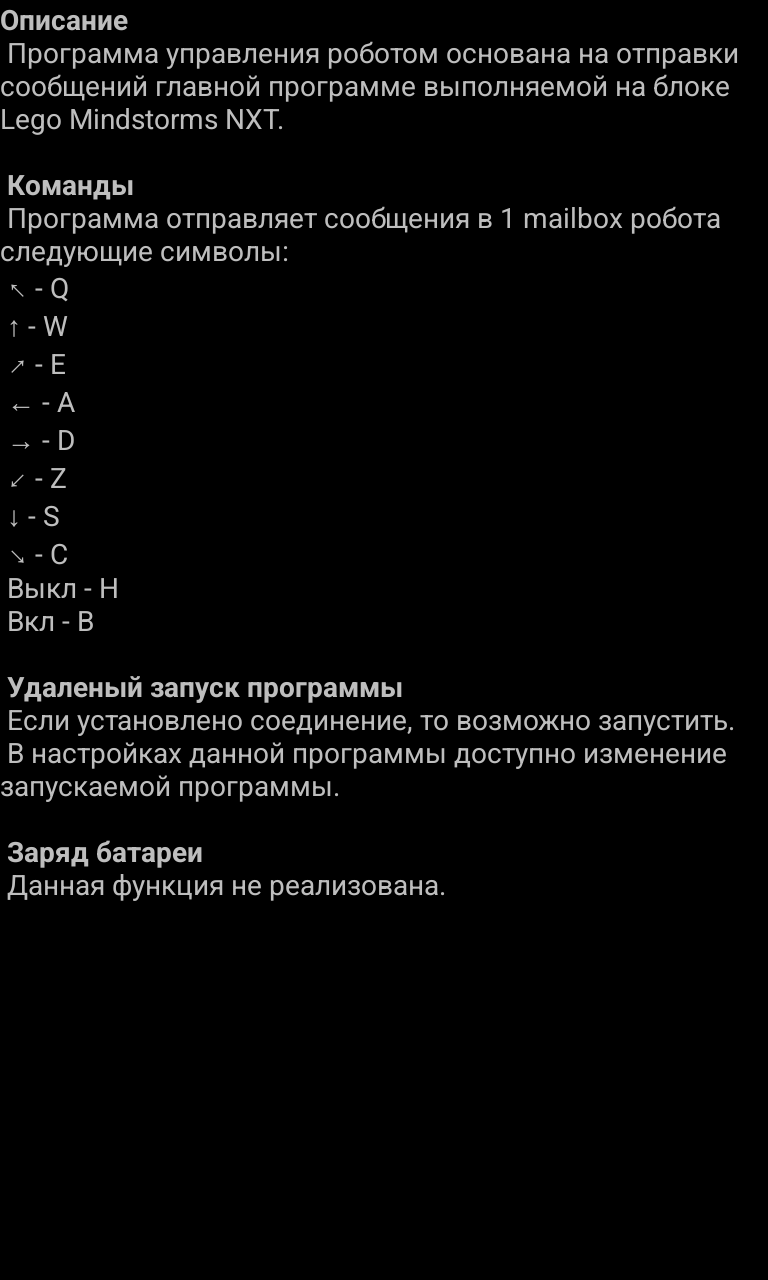
Repository: ssbayanov/panhandlerNXT
Layout: poproshaika/res/layout/help.xml
The author's editor kept a copy of each file at every save. The layout is drawn from the files as they stood at one save, then again after the next save.
It is drawn on a 768 x 1280 px phone screen (xhdpi) without system bars, with theme android:Theme; the app's code is not run.

Above is the layout before, as saved 2012-11-06 07:21:19.

### poproshaika/res/layout/help.xml
<?xml version="1.0" encoding="utf-8"?>
<LinearLayout xmlns:android="http://schemas.android.com/apk/res/android"
    android:layout_width="fill_parent"
    android:layout_height="fill_parent"
    android:orientation="vertical" >

    <ScrollView
        android:id="@+id/scrollView1"
        android:layout_width="fill_parent"
        android:layout_height="fill_parent" >


            <TextView
                android:id="@+id/help_content"
                android:layout_width="fill_parent"
                android:layout_height="wrap_content"
                android:gravity="top"
                android:text="@string/help_content" />



    </ScrollView>

</LinearLayout>

### poproshaika/res/values/strings.xml
<?xml version="1.0" encoding="utf-8"?>
<resources xmlns:xliff="urn:oasis:names:tc:xliff:document:1.2">

    <string name="app_name">Управление NXT</string>

    <!--  BluetoothChat -->
    <string name="send">Send</string>
    <string name="not_connected">Устройство не подключено</string>
    <string name="bt_not_enabled">Bluetooth выключен.\n Включите его для работы</string>
    <string name="bt_enabled">Bluetooth включен</string>
    <string name="bt_not_supported">Bluetooth не поддерживается</string>
    <string name="title_connecting">Соединение&#8230;</string>
    <string name="title_connected_to">Соединение с <xliff:g id="device_name">%1$s</xliff:g></string>
    <string name="title_not_connected">Не удалось подключиться</string>
    <string name="title_connection_close">Соединение разорвоно</string>


    <!--  DeviceListActivity -->
    <string name="scanning">Сканируем устройства&#8230;</string>
    <string name="select_device">Выберите устройство для соединения</string>
    <string name="none_paired">Нет соединённых устройств</string>
    <string name="none_found">Устройства не найдены</string>
    <string name="button_scan">Найти устройства</string>
    <string name="connected_devices">Подключенные устройства</string>
    <string name="descovered_devices">Найденные устройства</string>

    <!-- Options Menu -->
    <string name="secure_connect">Подключить устройсто</string>
    <string name="run_programm">Запустить программу</string>
    <string name="disconnect">Отключить устройсто</string>
    <string name="discoverable">Сделать видимым</string>
    <string name="help">Помощь</string>

    <!-- Main Layout -->
    <string name="main_title">Программа управления NXT v1.1</string>
    <string name="robot_name">Имя робота</string>
    <string name="foward_left">↖</string>
    <string name="foward">↑</string>
    <string name="foward_right">↗</string>
    <string name="left">←</string>
    <string name="button_scan_off">Выкл</string>
    <string name="button_scan_on">Вкл</string>
    <string name="right">→</string>
    <string name="backward_left">↙</string>
    <string name="backward">↓</string>
    <string name="backward_right">↘</string>

    <!-- Preferances -->
    <string name="preferences">Настройки</string>
    <string name="summary_preferences">Общие</string>
    <string name="title_preference_show_battery">Отобразить заряд баттареи</string>
    <string name="summary_on_preference_show_battery">Отображается</string>
    <string name="summary_off_preference_show_battery">Не отображается</string>
    <string name="robot_preferences">Робот</string>
    <string name="title_preference_name_program">Имя программы</string>
    <string name="title_preference_summary_name_program">Введите имя программы которую требуется запустить на роботе</string>
    <string name="preference_edit_this_text">Имя программы</string>

    <!--  Help  -->
    <string name="help_content">
<b>Описание</b>\n
Программа управления роботом основана на отправки сообщений главной программе выполняемой на блоке Lego Mindstorms NXT.\n\n
<b>Команды</b>\n
Программа отправляет сообщения в 1 mailbox робота следующие символы:\n
 ↖ - Q\n
↑ - W\n
 ↗ - E\n
← - A\n
→ - D\n
↙ - Z\n
↓ - S\n
↘ - C\n
Выкл - H\n
Вкл - B\n\n
<b>Удаленый запуск программы</b>\n
Если установлено соединение, то возможно запустить.\n
В настройках данной программы доступно изменение запускаемой программы.\n\n
<b>Заряд батареи</b>\n
Данная функция не реализована.
</string>
</resources>

After the next save:
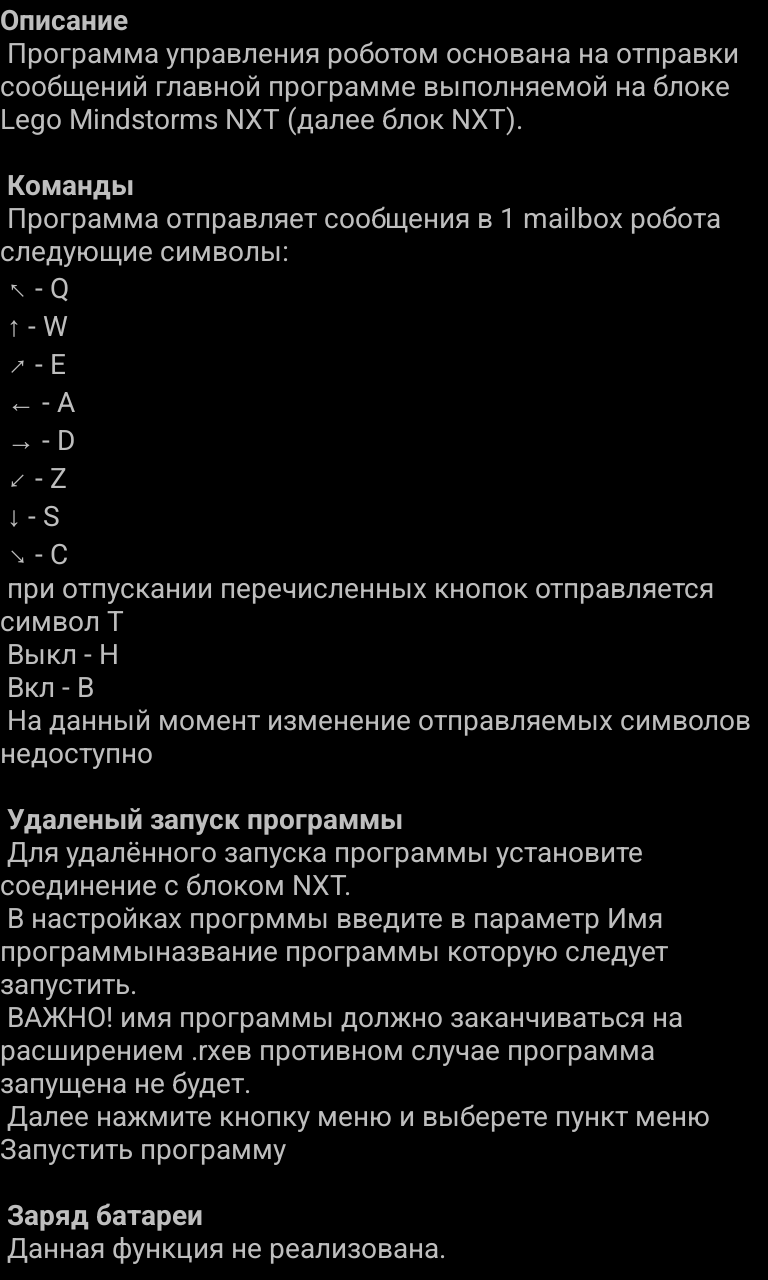
Saved 10 min 10 s later.
--- a/poproshaika/res/values/strings.xml
+++ b/poproshaika/res/values/strings.xml
@@ -59,22 +59,26 @@
     <!--  Help  -->
     <string name="help_content">
 <b>Описание</b>\n
-Программа управления роботом основана на отправки сообщений главной программе выполняемой на блоке Lego Mindstorms NXT.\n\n
+Программа управления роботом основана на отправки сообщений главной программе выполняемой на блоке Lego Mindstorms NXT (далее блок NXT).\n\n
 <b>Команды</b>\n
 Программа отправляет сообщения в 1 mailbox робота следующие символы:\n
- ↖ - Q\n
-↑ - W\n
- ↗ - E\n
-← - A\n
-→ - D\n
-↙ - Z\n
-↓ - S\n
-↘ - C\n
-Выкл - H\n
-Вкл - B\n\n
+ ↖ - "Q"\n
+↑ - "W"\n
+ ↗ - "E"\n
+← - "A"\n
+→ - "D"\n
+↙ - "Z"\n
+↓ - "S"\n
+↘ - "C"\n
+при отпускании перечисленных кнопок отправляется символ "T"\n
+Выкл - "H"\n
+Вкл - "B"\n
+На данный момент изменение отправляемых символов недоступно\n\n
 <b>Удаленый запуск программы</b>\n
-Если установлено соединение, то возможно запустить.\n
-В настройках данной программы доступно изменение запускаемой программы.\n\n
+Для удалённого запуска программы установите соединение с блоком NXT.\n
+В настройках прогрммы введите в параметр "Имя программы" название программы которую следует запустить.\n
+ВАЖНО! имя программы должно заканчиваться на расширением ".rxe" в противном случае программа запущена не будет.\n
+Далее нажмите кнопку меню и выберете пункт меню "Запустить программу"\n\n
 <b>Заряд батареи</b>\n
 Данная функция не реализована.
 </string>
